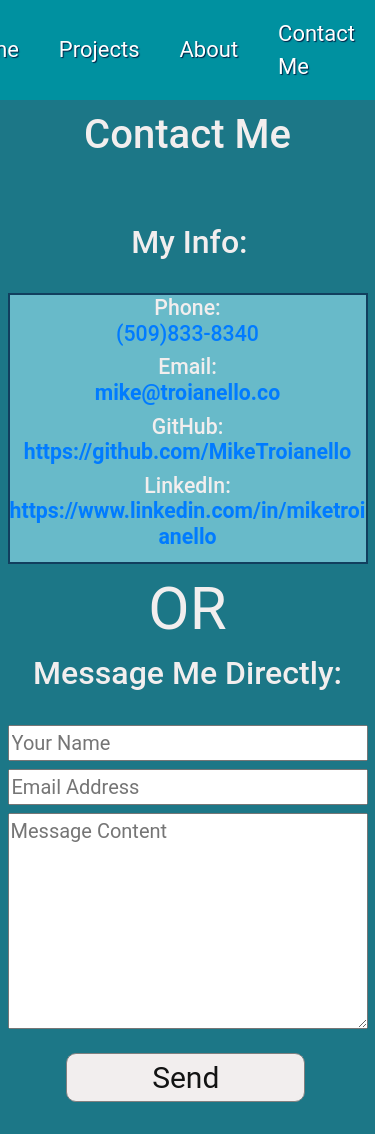
Repository: MikeTroianello/troianello
Page: /contact
An editor plug-in stored every save of this project. The page is shown before and after the next save, followed by the edit.
The browser window is 375 px wide. The pictures show the whole page.
The project was rebuilt for these pictures with package versions that can differ from the ones it lists, and the page was loaded fresh each time. Also part of the build but not shown: src/components/context-sensitive/Greet.js, src/components/locations/Home.js, src/components/locations/About/About.css, src/components/locations/About/AboutMobile.css, src/components/locations/About/About.js, src/components/cards/RainbowDay.js, src/components/cards/CanvasBubbles.js, src/components/cards/projectCard.css and 4 more.

Above is the page before, as saved 2019-08-03 16:50:54.

### public/index.html
<!DOCTYPE html>
<html lang="en">
  <head>
    <meta charset="utf-8" />
    <link rel="shortcut icon" href="%PUBLIC_URL%/favicon.ico" />
    <meta name="viewport" content="width=device-width, initial-scale=1" />
    <meta name="theme-color" content="#000000" />
    <!--
      manifest.json provides metadata used when your web app is installed on a
      user's mobile device or desktop. See https://developers.google.com/web/fundamentals/web-app-manifest/
    -->
    <link rel="manifest" href="%PUBLIC_URL%/manifest.json" />
    <!--
      Notice the use of %PUBLIC_URL% in the tags above.
      It will be replaced with the URL of the `public` folder during the build.
      Only files inside the `public` folder can be referenced from the HTML.

      Unlike "/favicon.ico" or "favicon.ico", "%PUBLIC_URL%/favicon.ico" will
      work correctly both with client-side routing and a non-root public URL.
      Learn how to configure a non-root public URL by running `npm run build`.
    -->
    <title>MIKE TROIANELLO</title>
  </head>
  <body>
    <noscript>You need to enable JavaScript to run this app.</noscript>
    <div id="root"></div>
  </body>
</html>

### src/App.js
import React, { Component } from 'react';
import { BrowserRouter as Router, Route, Switch } from 'react-router-dom';
import Header from './components/Header';
import Home from './components/locations/Home';
import About from './components/locations/About/About';
import Projects from './components/locations/Projects';
import Contact from './components/locations/Contact/Contact';
import NotFound from './components/locations/NotFound';
import Greet from './components/context-sensitive/Greet.js';
import './App.css';

class App extends Component {
  // state = {
  //   header: '',
  //   hours: new Date().getHours()
  // };

  // componentDidMount() {
  //   window.addEventListener('scroll', this.handleScroll);
  // }

  // componentWillUnmount() {
  //   window.removeEventListener('scroll', this.handleScroll);
  // }

  // handleScroll = event => {
  //   let scrollTop = event.srcElement.body.scrollTop;
  //   console.log(window.scrollY);
  //   // if(window.scrollY > 200 && this.state.header) {
  //   if (window.scrollY < 88) {
  //     this.setState({ header: '' });
  //     console.log(this.state.header);
  //   }
  //   if (window.scrollY > 88 && window.scrollY < 502) {
  //     this.setState({ header: <Greet classname='header-greet' /> });
  //     console.log(this.state.header);
  //   }
  //   if (window.scrollY > 503 && window.scrollY < 1266) {
  //     this.setState({ header: 'My Projects' });
  //     console.log(this.state.header);
  //   }
  //   if (window.scrollY > 1267) {
  //     this.setState({ header: 'About Me' });
  //     console.log(this.state.header);
  //   }
  // };

  render() {
    return (
      <div className='App'>
        <Router>
          {/* <Header showHeader={this.state.header} /> */}
          <Header />
          <div>
            <Switch>
              <Route exact path='/' component={Home} />
              <Route exact path='/about' component={About} />
              <Route exact path='/projects' component={Projects} />
              <Route exact path='/contact' component={Contact} />
              <Route component={NotFound} />
            </Switch>
          </div>
        </Router>
      </div>
    );
  }
}

export default App;

### src/components/Header.js
import React, { Component } from 'react';
import { Link } from 'react-router-dom';
import Greet from '../components/context-sensitive/Greet.js';

export default class Header extends Component {
  render() {
    // let headerClass = this.props.showHeader ? 'header' : 'header transition';
    // if(this.props.showHeader == "time"){
    //   this.props.showHeader = <Greet/>
    // }
    /* <div className={headerClass}> */
    return (
      <div className='header'>
        <div className='links'>
          {/* <div className='logo'>
            <Link to='/'>Mt</Link>
          </div> */}
          <Link to='/' className='logo-2'>
            <h1 className='mt-logo'>Mt</h1>
          </Link>
          <div>{this.props.showHeader}</div>

          <div className='individual-link'>
            <Link to='/'>Home</Link>
          </div>
          <div className='individual-link'>
            <Link to='/projects'>Projects</Link>
          </div>
          <div className='individual-link'>
            <Link to='/about'>About</Link>
          </div>
          <div className='individual-link test'>
            <Link to='/contact'>Contact Me</Link>
          </div>
        </div>
      </div>
    );
  }
}

### src/components/locations/Contact/Contact.js
import React from 'react';
import './Contact.css';
import './ContactMobile.css';

export default function Contact() {
  return (
    <div className='contact-page'>
      <h1 className='contact-center'>Contact Me</h1>
      <div className='row'>
        <div className='col-sm-5 contact-side-one'>
          <h2 className='contact-center-one'>My Info:</h2>
          <div className='contact-side-one-box'>
            <h3>
              Phone:
              <br />
              <span className='contact-number'>
                {window.innerWidth > 425 ? (
                  '(509)833-8340'
                ) : (
                  <a href='tel:5098338340'>(509)833-8340</a>
                )}
                {/* <h1>{window.innerWidth}</h1> */}
              </span>
            </h3>
            <h3>
              <h3>
                Email:
                <br />
                <strong>
                  <a
                    href='mailto:mike@troianello.co'
                    target='_blank'
                    rel='noopener noreferrer'
                  >
                    mike@troianello.co
                  </a>
                </strong>
              </h3>
              GitHub:
              <br />
              <strong>
                <a
                  href='https://github.com/MikeTroianello'
                  target='_blank'
                  rel='noopener noreferrer'
                >
                  https://github.com/MikeTroianello
                </a>
                <br />
              </strong>
            </h3>
            <h3>
              LinkedIn: <br />
              <strong>
                <a
                  href='https://www.linkedin.com/in/miketroianello'
                  target='_blank'
                  rel='noopener noreferrer'
                >
                  https://www.linkedin.com/in/miketroianello
                </a>
              </strong>
            </h3>
          </div>
        </div>
        <div className='col-sm-2 or'>OR</div>
        <div className='col-sm-5 contact-side-two'>
          <h2 className='contact-center-two'>Message Me Directly:</h2>
          <form
            className='contact-message'
            action='https://formspree.io/mike@troianello.co'
            method='POST'
          >
            <label>
              <input
                type='name'
                name='name'
                className='contact-message-input'
                placeholder='Your Name'
              />
            </label>
            <label>
              <input
                type='email'
                name='email'
                className='contact-message-input'
                placeholder='Email Address'
              />
            </label>
            <label>
              <textarea
                rows='7'
                name='content'
                className='contact-message-input'
                placeholder='Message Content'
              />
            </label>
            <button className='contact-button'>Send</button>
          </form>
        </div>
      </div>
    </div>
  );
}

### src/App.css
:root {
  --off-black: #131313;
  --off-white: #f2eeee;
}

.App {
  font-family: 'roboto';
}
@import url('https://fonts.googleapis.com/css?family=Chivo&display=swap');
@import url('https://fonts.googleapis.com/css?family=Roboto&display=swap');
@import url('https://fonts.googleapis.com/css?family=Exo+2:800&display=swap');

.App-header {
  background-color: #282c34;
  min-height: 100vh;
  display: flex;
  flex-direction: column;
  /* align-items: center; */
  justify-content: center;
  font-size: calc(10px + 2vmin);
  /* color: white; */
}

/* .App-link {
  color: #61dafb;
} */

body {
  padding-top: 47px;
}

div {
  font-size: 20px;
}

p {
  margin-left: 4em;
  color: var(--off-black);
}

/* HEADER */

.header {
  background-color: #0091a0;
  /* background-color: #192e6c; */
  overflow: hidden;
  position: fixed;
  top: 0;
  width: 100%;
  height: 100px;
  z-index: 1;
  transition: all 0.5s;
}

.header.transition {
  transition: all 0.5s;
}

.header a {
  text-decoration: none;
  font-family: 'roboto';
  color: white;
  text-shadow: 1px 1px 1px #002145;
  font-size: 1.1em;
}

/* HOME PAGE */

/* .home-bg {
  height: 300vh;
} */

.link {
  margin-left: 15em;
}

.link a {
  color: var(--off-white);
  background-color: #0091a0;
  border-style: solid;
  border-color: #a2d7dc;
  border-width: 2px;
  font-size: 1.75em;
  padding: 0.5em;
  /* border-radius: 5px; */
}

.home-top {
  background-color: #0091a0;
  height: 65vh;
  width: 100%;
  transform: skewY(-5deg);
  margin-top: -5vh;
  padding: 0;
}

.home-top h1 {
  text-align: center;
  color: var(--off-white);
  font-size: 5em;
  padding-left: 0.6em;
  padding-top: 0.8em;
  margin-bottom: 0;
  padding-bottom: 0;
  transform: skewY(5deg);
  text-shadow: 1px 1px 1px #007783;
}

.home-top h2 {
  text-align: center;
  color: var(--off-white);
  padding-left: 0.6em;
  margin-bottom: 0;
  padding-bottom: 0;
  transform: skewY(5deg);
  text-shadow: 1px 1px 1px #007783;
}

.home-typewriter-setup {
  /* position: relative;
    width: 29em;
    margin: 0 auto;
    text-align: center;
    white-space: nowrap;
    overflow: hidden; */
  position: relative;
  width: 24em;
  margin: 10vh auto;
  border-right: 3px solid rgba(255, 255, 255, 0.75);
  font-size: 180%;
  text-align: center;
  white-space: nowrap;
  overflow: hidden;
}

.home-typewriter-animation {
  animation: typewriter 4s steps(65) 1s 1 normal both,
    blinkTextCursor 1000ms steps(40) infinite normal;
}

@keyframes typewriter {
  from {
    width: 0;
  }
  to {
    width: 29.5em;
  }
}
@keyframes blinkTextCursor {
  from {
    border-right-color: rgba(255, 255, 255, 0.75);
  }
  to {
    border-right-color: transparent;
  }
}

.home-fade1 {
  height: 2vh;
  width: 100%;
  background-color: #a2d7dc;
  transform: skewY(-5deg);
  margin-top: -1vh;
}

.home-fade2 {
  height: 1vh;
  width: 100%;
  background-color: #e1e3e5;
  /* margin-top: -1vh; */
}

.home-about {
  height: 105vh;
  background: url('./components/images/pics/album-pics/thumbnail-3.jpg')
    no-repeat;
  background-size: 100% auto;
  background-position: 0 -30vh;
  /* background-repeat: no-repeat; */
  /* background-color: #909a9f; */
}

.home-about h1 {
  color: var(--off-white);
  font-size: 4.25em;
  margin-left: 1.25em;
}

.home-projects {
  font-size: 2em;
  padding-top: 1em;
  height: 110vh;
}

.home-projects h1 {
  color: var(--off-black);
  font-size: 2em;
  text-align: center;
}

.home-album-text {
  mix-blend-mode: difference;

  /* mix-blend-mode: exclusion; */
}

.home-contact {
  height: 50vh;
}

.home-contact h1 {
  font-size: 4.5em;
  margin-left: 1em;
  color: var(--off-white);
}

/* PROJECTS PAGE */

.projects {
  background-color: #1c7787;
  color: var(--off-white);
  /* height: 104vh; */
  /* margin-top: -3em; */
  padding-top: 3em;
  overflow: hidden;
  min-height: 97.45vh;
}

.project-box {
  display: flex;
  flex-wrap: wrap;
  justify-content: space-around;
  text-decoration: none;
  /* margin: 1vh 0; */
}

/* .project-box :hover {
  background: rgba(0, 0, 0, 1);
} */

.projects-title {
  text-align: center;
}

.projects-technologies {
  padding: 10vh 0 0 1.33vw;
  background-color: #1c7787;
  border-right: 1.5px solid black;
}

/* COLOR SCHEME REMAINING CLASSES DON'T DELETE YET!!!! */

/* .container-fluid {
  height: 500px;
} */

/* .row {
  height: 500px;
} */

.links {
  display: flex;
  justify-content: flex-end;
  align-items: center;
}

.individual-link {
  margin: 0 1em;
}

/* logo */

.logo {
  color: white;
  padding: 1px 6px;
  font-size: 1.35em;
  font-weight: bold;
  border-style: solid;
  border-color: White;
  border-width: 2px;
  margin: 20px auto 20px 15px;
}

.logo-2 {
  color: white;
  padding: 1px 6px 0;
  font-weight: bold;
  border-style: solid;
  border-color: White;
  border-width: 2px;
  margin: 20px auto 20px 15px;
}

.mt-logo {
  margin: 3px 0;
}

.react {
  animation-name: spin;
  animation-duration: 35s;
  animation-iteration-count: infinite;
  animation-timing-function: linear;
}

@keyframes spin {
  from {
    transform: rotate(0deg);
  }
  to {
    transform: rotate(360deg);
  }
}

/* table,
th,
td {
  border: 2px solid black;
}

td {
  font-size: 2em;
} */

### src/components/locations/Contact/Contact.css
.contact-page {
  background-color: #1c7787;
  color: var(--off-white);
  /* height: 101.8vh; HERE */
  min-height: 101.8vh;
  overflow: hidden;
  margin-top: -3em;
  padding-top: 3em;
}

.contact-page h1 {
  margin: 8vh;
}

/* .contact-side-one {
  } */

.contact-side-one-box {
  border: 2px solid #113f5e;
  background-color: rgba(137, 215, 229, 0.7);
  text-align: center;
  margin-left: 1vw;
  margin-right: 1vw;
  padding-bottom: 5px;
  word-wrap: break-word;
}

.contact-number {
  color: var(--off-black);
}

.contact-center {
  text-align: center;
  margin-bottom: 4vh;
}

.contact-center-one {
  text-align: center;
  margin-bottom: 4vh;
  margin-left: 1vw;
}

.contact-center-two {
  text-align: center;
  margin-bottom: 4vh;
}

.or {
  margin-bottom: 15vh;
  display: flex;
  justify-content: center;
  align-items: center;
  font-size: 3.8em;
  color: var(--off-white);
}

/* .contact-side-two{
    display: flex;
  } */

.contact-message {
  flex-direction: column;
  /* align-items:center; */
  display: flex;
}

.contact-message-input {
  width: 90%;
}

.contact-button {
  width: 30%;
  border: 1px solid gray;
  border-radius: 10px;
  color: var(--off-black);
  background: var(--off-white);
  margin-left: 32%;
}

### src/components/locations/Contact/ContactMobile.css
@media (max-width: 425px) {
  .contact-page {
    min-height: 101.8vh;
    overflow: hidden;
    margin-top: -3em;
    padding-top: 3em;
  }

  .contact-page h1 {
    margin: 8vh;
  }

  .contact-page h3 {
    font-size: 1.33rem;
  }

  /* .contact-side-one {
  } */

  .contact-side-one-box {
    /* border: 2px solid #113f5e;
    background-color: rgba(137, 215, 229, 0.7);
    text-align: center;
    margin-left: 1vw;
    margin-right: 1vw;
    padding-bottom: 5px;
    word-wrap: break-word; */
    margin-left: 2vw;
    margin-right: 2vw;
  }

  .contact-number {
    color: var(--off-black);
  }

  .contact-center {
    text-align: center;
    margin-bottom: 4vh;
  }

  .contact-center-one {
    text-align: center;
    margin-bottom: 4vh;
    margin-left: 1vw;
  }

  .contact-center-two {
    text-align: center;
    margin-bottom: 4vh;
  }

  .or {
    margin-bottom: 0 !important;
    display: flex;
    justify-content: center;
    align-items: center;
    font-size: 3em;
    color: var(--off-white);
  }

  /* .contact-side-two {
    padding-left: 0;
  } */

  .contact-message {
    margin: 0 0 0 2vw;
  }

  .contact-message-input {
    width: 98%;
    /* margin-left: 1%; */
  }

  .contact-button {
    width: 65%;
    margin-left: 16%;
    margin-top: 1vh;
    margin-bottom: 4vh;
    font-size: 1.5em;
  }
}

Loaded but not shown: src/index.js (common file); src/index.css (common file); src/serviceWorker.js (common file)

After the next save:
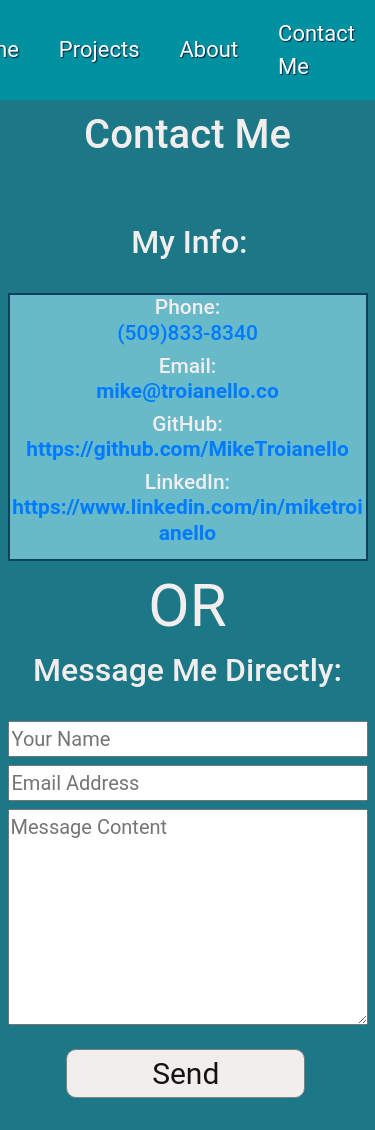
Saved 64 s later.
--- a/src/components/locations/Contact/ContactMobile.css
+++ b/src/components/locations/Contact/ContactMobile.css
@@ -11,7 +11,7 @@
   }
 
   .contact-page h3 {
-    font-size: 1.33rem;
+    font-size: 1.31rem;
   }
 
   /* .contact-side-one {
